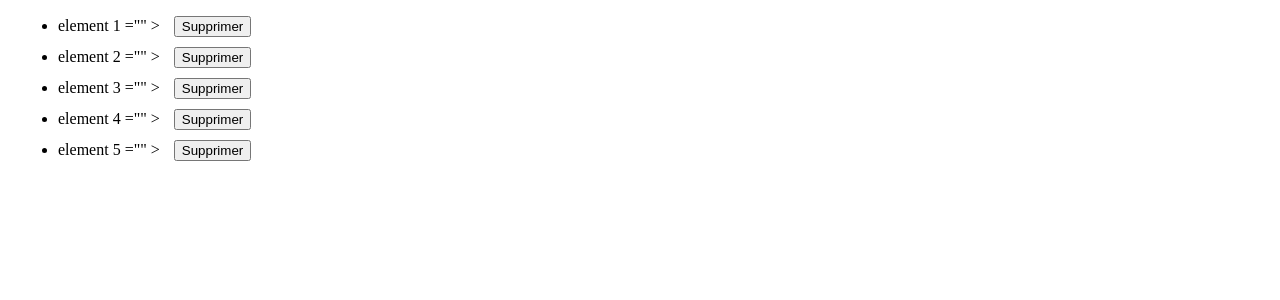
Repository: arione15/Livre_Serrion-Vue.js
Page: liste_ch3.html
The author's editor kept a copy of each file at every save. The page is drawn from the files as they stood at one save, then again after the next save.
The browser window is 1280 px wide. The pictures show the whole page.

Above is the page before, as saved 2021-09-07 13:47:07.

After the next save:
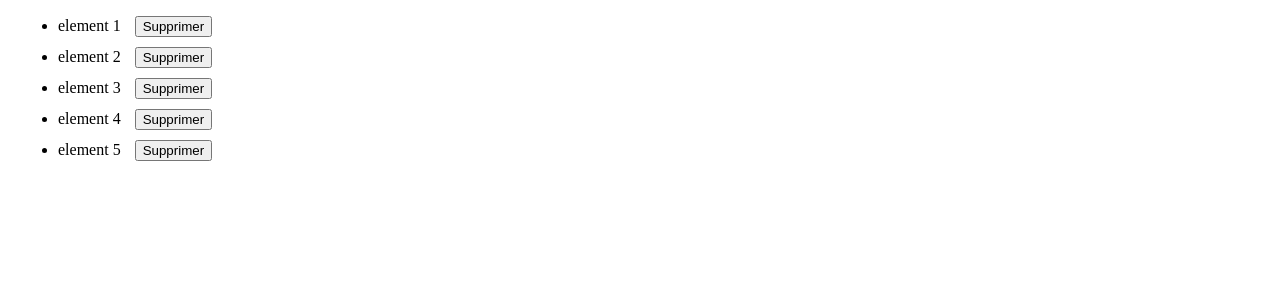
Saved 4 s later.
--- a/liste_ch3.html
+++ b/liste_ch3.html
@@ -24,7 +24,7 @@
                     <li v-for="(element, index) of elements" style="margin:10px;">
                         <span v-if="!element.modifyOn"
                             v-on:dblclick="modifier(element)"> {{ element.text }} </span>
-                        <input type=v-else="" ></input>
+                        <input type="text" v-else="" ></input>
 
                         <button @click="supprimer(element)" style="margin-left:10px;">Supprimer</button>
                     </li>
